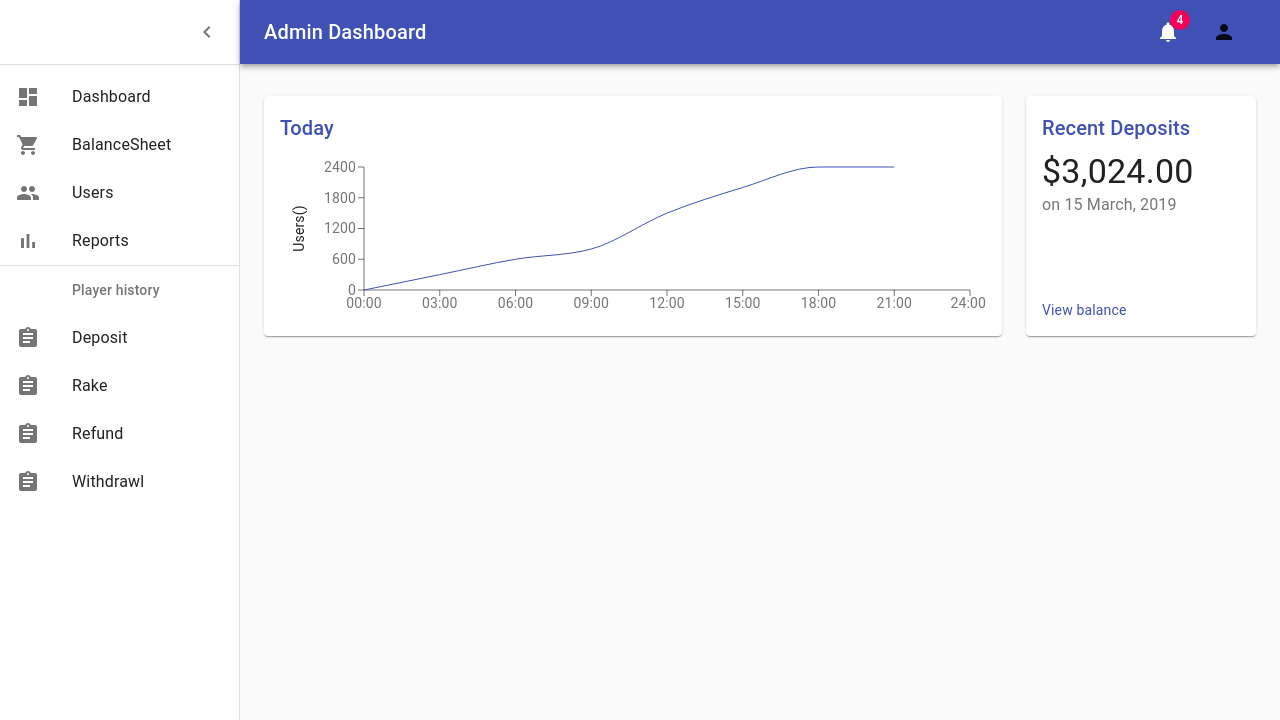
Repository: imayankbisht/ludofrontend
Page: /Dashboard
The author's editor kept a copy of each file at every save. The page is drawn from the files as they stood at one save, then again after the next save.
The browser window is 1280 px wide. The pictures show the whole page.
The project was rebuilt for these pictures with package versions that can differ from the ones it lists, and the page was loaded fresh each time. Also part of the build but not shown: src/axios.js, src/components/login.js.

Above is the page before, as saved 2021-01-16 14:24:39.

### src/App.js
import React from 'react';
import './App.css';
import {
  BrowserRouter as Router,
  Switch,
  Route,
 Redirect
} from "react-router-dom";
// import SignInOutContainer from './containers';
import Dashboard from './components/Dashboard';
import Login from './components/login';
 function App() {
  return (
    <div className="App">
  <Router >
    <Switch>
      <Route path="/login" component={Login} />
      <Route path="/Dashboard" component={Dashboard} />
      <Redirect from="/" to="/login" />
    </Switch>
  </Router>
      </div>
  );
}


export default App;

### src/App.css
.App {
  /* text-align: center; */

}

.App-logo {
  height: 40vmin;
  pointer-events: none;
}

@media (prefers-reduced-motion: no-preference) {
  .App-logo {
    animation: App-logo-spin infinite 20s linear;
  }
}

.App-header {
  background-color: #282c34;
  min-height: 100vh;
  display: flex;
  flex-direction: column;
  align-items: center;
  justify-content: center;
  font-size: calc(10px + 2vmin);
  color: white;
}

.App-link {
  color: #61dafb;
}

@keyframes App-logo-spin {
  from {
    transform: rotate(0deg);
  }
  to {
    transform: rotate(360deg);
  }
}

### src/components/Dashboard.js
import React from 'react';
import clsx from 'clsx';
import { makeStyles } from '@material-ui/core/styles';
import CssBaseline from '@material-ui/core/CssBaseline';
import Drawer from '@material-ui/core/Drawer';
import Box from '@material-ui/core/Box';
import AppBar from '@material-ui/core/AppBar';
import Toolbar from '@material-ui/core/Toolbar';
import List from '@material-ui/core/List';
import Typography from '@material-ui/core/Typography';
import Divider from '@material-ui/core/Divider';
import IconButton from '@material-ui/core/IconButton';
import Badge from '@material-ui/core/Badge';
import Container from '@material-ui/core/Container';
import Grid from '@material-ui/core/Grid';
import Paper from '@material-ui/core/Paper';
// import Link from '@material-ui/core/Link';
import MenuIcon from '@material-ui/icons/Menu';
import ChevronLeftIcon from '@material-ui/icons/ChevronLeft';
import NotificationsIcon from '@material-ui/icons/Notifications';
import { mainListItems} from './listItems';
import Chart from './Chart';
import Deposits from './Deposits';
import MenuItem from "@material-ui/core/MenuItem";
import MenuList from "@material-ui/core/MenuList";
import Hidden from "@material-ui/core/Hidden";
import Grow from "@material-ui/core/Grow";
import Poppers from "@material-ui/core/Popper";
import ClickAwayListener from "@material-ui/core/ClickAwayListener";
import Person from "@material-ui/icons/Person";
import classNames from "classnames";
import Button from "@material-ui/core/Button";
import {Link} from 'react-router-dom';

const drawerWidth = 240;

const useStyles = makeStyles((theme) => ({
  root: {
    display: 'flex',
  },
  toolbar: {
    paddingRight: 24, // keep right padding when drawer closed
  },
  toolbarIcon: {
    display: 'flex',
    alignItems: 'center',
    justifyContent: 'flex-end',
    padding: '0 8px',
    ...theme.mixins.toolbar,
  },
  appBar: {
    zIndex: theme.zIndex.drawer + 1,
    transition: theme.transitions.create(['width', 'margin'], {
      easing: theme.transitions.easing.sharp,
      duration: theme.transitions.duration.leavingScreen,
    }),
  },
  appBarShift: {
    marginLeft: drawerWidth,
    width: `calc(100% - ${drawerWidth}px)`,
    transition: theme.transitions.create(['width', 'margin'], {
      easing: theme.transitions.easing.sharp,
      duration: theme.transitions.duration.enteringScreen,
    }),
  },
  menuButton: {
    marginRight: 36,
  },
  menuButtonHidden: {
    display: 'none',
  },
  title: {
    flexGrow: 1,
  },
  drawerPaper: {
    position: 'relative',
    whiteSpace: 'nowrap',
    width: drawerWidth,
    transition: theme.transitions.create('width', {
      easing: theme.transitions.easing.sharp,
      duration: theme.transitions.duration.enteringScreen,
    }),
  },
  drawerPaperClose: {
    overflowX: 'hidden',
    transition: theme.transitions.create('width', {
      easing: theme.transitions.easing.sharp,
      duration: theme.transitions.duration.leavingScreen,
    }),
    width: theme.spacing(7),
    [theme.breakpoints.up('sm')]: {
      width: theme.spacing(9),
    },
  },
  appBarSpacer: theme.mixins.toolbar,
  content: {
    flexGrow: 1,
    height: '100vh',
    overflow: 'auto',
  },
  container: {
    paddingTop: theme.spacing(4),
    paddingBottom: theme.spacing(4),
  },
  paper: {
    padding: theme.spacing(2),
    display: 'flex',
    overflow: 'auto',
    flexDirection: 'column',
  },
  fixedHeight: {
    height: 240,
  },
}));

 function Dashboard() {
  const classes = useStyles();
  const [open, setOpen] = React.useState(true);
  const [openProfile, setOpenProfile] = React.useState(null);
  const handleClickProfile = event => {
    if (openProfile && openProfile.contains(event.target)) {
      setOpenProfile(null);
    } else {
      setOpenProfile(event.currentTarget);
    }
  };
  const handleCloseProfile = () => {
    setOpenProfile(null);
  };
  const handleDrawerOpen = () => {
    setOpen(true);
  };
  const handleDrawerClose = () => {
    setOpen(false);
  };
  const fixedHeightPaper = clsx(classes.paper, classes.fixedHeight);

  return (
    <div className={classes.root}>
      <CssBaseline />
      <AppBar position="absolute" className={clsx(classes.appBar, open && classes.appBarShift)}>
        <Toolbar className={classes.toolbar}>
          <IconButton
            edge="start"
            color="inherit"
            aria-label="open drawer"
            onClick={handleDrawerOpen}
            className={clsx(classes.menuButton, open && classes.menuButtonHidden)}
          >
            <MenuIcon />
          </IconButton>
          <Typography component="h1" variant="h6" color="inherit" noWrap className={classes.title}>
          Admin Dashboard
          </Typography>
          <IconButton color="inherit">
            <Badge badgeContent={4} color="secondary">
              <NotificationsIcon />
            </Badge>
          </IconButton>
          <Button
          color={window.innerWidth > 959 ? "transparent" : "white"}
          justIcon={window.innerWidth > 959}
          simple={!(window.innerWidth > 959)}
          aria-owns={openProfile ? "profile-menu-list-grow" : null}
          aria-haspopup="true"
          onClick={handleClickProfile}
          className={classes.buttonLink}
        >
          <Person className={classes.icons} />
          <Hidden mdUp implementation="css">
            <p className={classes.linkText}>Profile</p>
          </Hidden>
        </Button>
        <Poppers
          open={Boolean(openProfile)}
          anchorEl={openProfile}
          transition
          disablePortal
          className={
            classNames({ [classes.popperClose]: !openProfile }) +
            " " +
            classes.popperNav
          }
        >
          {({ TransitionProps, placement }) => (
            <Grow
              {...TransitionProps}
              id="profile-menu-list-grow"
              style={{
                transformOrigin:
                  placement === "bottom" ? "center top" : "center bottom"
              }}
            >
              <Paper>
                <ClickAwayListener onClickAway={handleCloseProfile}>
                  <MenuList role="menu">
                    <MenuItem
                      onClick={handleCloseProfile}
                      className={classes.dropdownItem}
                    >
                      Profile
                    </MenuItem>
                    <MenuItem
                      onClick={handleCloseProfile}
                      className={classes.dropdownItem}
                    >
                      Settings
                    </MenuItem>
                    <Divider light />
                    <Link to="login">
                    <MenuItem
                      onClick={handleCloseProfile}
                      className={classes.dropdownItem}
                    >
                      Logout
                    </MenuItem>
                    </Link>
                  </MenuList>
                </ClickAwayListener>
              </Paper>
            </Grow>
          )}
        </Poppers>
        </Toolbar>
      </AppBar>
      <Drawer
        variant="permanent"
        classes={{
          paper: clsx(classes.drawerPaper, !open && classes.drawerPaperClose),
        }}
        open={open}
      >
        <div className={classes.toolbarIcon}>
          <IconButton onClick={handleDrawerClose}>
            <ChevronLeftIcon />
          </IconButton>
        </div>
        <Divider />
        <List>{mainListItems}</List>

        {/* <List>{secondaryListItems}</List> */}
      </Drawer>
      <main className={classes.content}>
        <div className={classes.appBarSpacer} />
        <Container maxWidth="lg" className={classes.container}>
          <Grid container spacing={3}>
            {/* Chart */}
            <Grid item xs={12} md={8} lg={9}>
              <Paper className={fixedHeightPaper}>
                <Chart />
              </Paper>
            </Grid>
            {/* Recent Deposits */}
            <Grid item xs={12} md={4} lg={3}>
              <Paper className={fixedHeightPaper}>
                <Deposits />
              </Paper>
            </Grid>

          </Grid>

        </Container>
      </main>
    </div>
  );
}
export default Dashboard;

### src/components/listItems.js
import React from 'react';
import ListItem from '@material-ui/core/ListItem';
import ListItemIcon from '@material-ui/core/ListItemIcon';
import ListItemText from '@material-ui/core/ListItemText';
import ListSubheader from '@material-ui/core/ListSubheader';
import DashboardIcon from '@material-ui/icons/Dashboard';
import ShoppingCartIcon from '@material-ui/icons/ShoppingCart';
import PeopleIcon from '@material-ui/icons/People';
import BarChartIcon from '@material-ui/icons/BarChart';
import LayersIcon from '@material-ui/icons/Layers';
import AssignmentIcon from '@material-ui/icons/Assignment';
import Box from '@material-ui/core/Box';
import Divider from '@material-ui/core/Divider';

export const mainListItems = (
  <Box bgcolor="gray:A700">
  <div>

   <ListItem button>
      <ListItemIcon>
        <DashboardIcon />
      </ListItemIcon>
      <ListItemText primary="Dashboard" />
    </ListItem>
    <ListItem button>
      <ListItemIcon>
        <ShoppingCartIcon />
      </ListItemIcon>
      <ListItemText primary="BalanceSheet" />
    </ListItem>
    <ListItem button>
      <ListItemIcon>
        <PeopleIcon />
      </ListItemIcon>
      <ListItemText primary="Users" />
    </ListItem>
    <ListItem button>
      <ListItemIcon>
        <BarChartIcon />
      </ListItemIcon>
      <ListItemText primary="Reports" />
    </ListItem>
    <Divider />
    <ListSubheader inset>Player history</ListSubheader>
    <ListItem button>
      <ListItemIcon>
        <AssignmentIcon />
      </ListItemIcon>
      <ListItemText primary="Deposit" />
    </ListItem>
    <ListItem button>
      <ListItemIcon>
        <AssignmentIcon />
      </ListItemIcon>
      <ListItemText primary="Rake" />
    </ListItem>
    <ListItem button>
      <ListItemIcon>
        <AssignmentIcon />
      </ListItemIcon>
      <ListItemText primary="Refund" />
    </ListItem>
    <ListItem button>
      <ListItemIcon>
        <AssignmentIcon />
      </ListItemIcon>
      <ListItemText primary="Withdrawl" />
    </ListItem>


  </div>
  </Box>
);

// export const secondaryListItems = (
//   <div>
//     <ListSubheader inset>Player history</ListSubheader>
//     <ListItem button>
//       <ListItemIcon>
//         <AssignmentIcon />
//       </ListItemIcon>
//       <ListItemText primary="Deposit" />
//     </ListItem>
//     <ListItem button>
//       <ListItemIcon>
//         <AssignmentIcon />
//       </ListItemIcon>
//       <ListItemText primary="Rake" />
//     </ListItem>
//     <ListItem button>
//       <ListItemIcon>
//         <AssignmentIcon />
//       </ListItemIcon>
//       <ListItemText primary="Refund" />
//     </ListItem>
//     <ListItem button>
//       <ListItemIcon>
//         <AssignmentIcon />
//       </ListItemIcon>
//       <ListItemText primary="Withdrawl" />
//     </ListItem>
//   </div>
// );

### src/components/Chart.js
import React from 'react';
import { useTheme } from '@material-ui/core/styles';
import { LineChart, Line, XAxis, YAxis, Label, ResponsiveContainer } from 'recharts';
import Title from './Title';

// Generate Sales Data
function createData(time, amount) {
  return { time, amount };
}

const data = [
  createData('00:00', 0),
  createData('03:00', 300),
  createData('06:00', 600),
  createData('09:00', 800),
  createData('12:00', 1500),
  createData('15:00', 2000),
  createData('18:00', 2400),
  createData('21:00', 2400),
  createData('24:00', undefined),
];

export default function Chart() {
  const theme = useTheme();

  return (
    <React.Fragment>
      <Title>Today</Title>
      <ResponsiveContainer>
        <LineChart
          data={data}
          margin={{
            top: 16,
            right: 16,
            bottom: 0,
            left: 24,
          }}
        >
          <XAxis dataKey="time" stroke={theme.palette.text.secondary} />
          <YAxis stroke={theme.palette.text.secondary}>
            <Label
              angle={270}
              position="left"
              style={{ textAnchor: 'middle', fill: theme.palette.text.primary }}
            >
              Users()
            </Label>
          </YAxis>
          <Line type="monotone" dataKey="amount" stroke={theme.palette.primary.main} dot={false} />
        </LineChart>
      </ResponsiveContainer>
    </React.Fragment>
  );
}

### src/components/Deposits.js
import React from 'react';
import Link from '@material-ui/core/Link';
import { makeStyles } from '@material-ui/core/styles';
import Typography from '@material-ui/core/Typography';
import Title from './Title';

function preventDefault(event) {
  event.preventDefault();
}

const useStyles = makeStyles({
  depositContext: {
    flex: 1,
  },
});

export default function Deposits() {
  const classes = useStyles();
  return (
    <React.Fragment>
      <Title>Recent Deposits</Title>
      <Typography component="p" variant="h4">
        $3,024.00
      </Typography>
      <Typography color="textSecondary" className={classes.depositContext}>
        on 15 March, 2019
      </Typography>
      <div>
        <Link color="primary" href="#" onClick={preventDefault}>
          View balance
        </Link>
      </div>
    </React.Fragment>
  );
}

Loaded but not shown: public/index.html (common file); src/index.js (common file); src/index.css (common file); src/serviceWorker.js (common file); src/components/Title.js (common file)

After the next save:
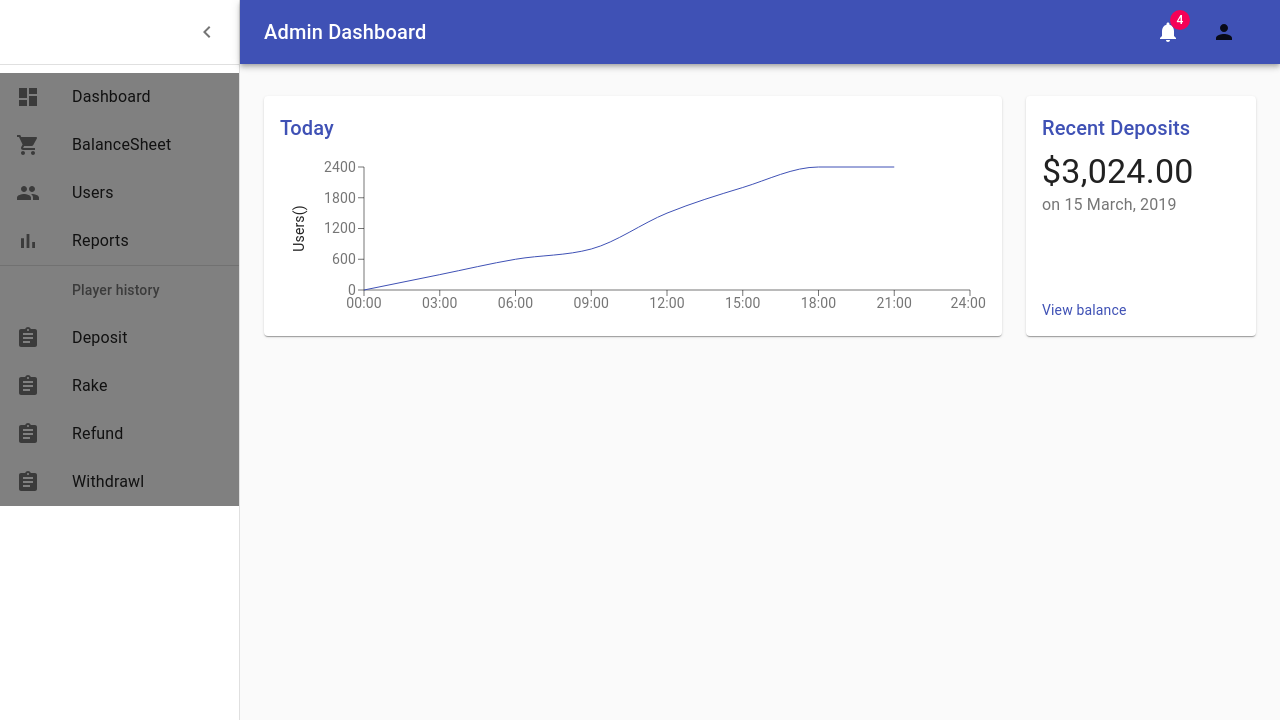
Saved 10 s later.
--- a/src/components/listItems.js
+++ b/src/components/listItems.js
@@ -13,7 +13,7 @@
 import Divider from '@material-ui/core/Divider';
 
 export const mainListItems = (
-  <Box bgcolor="gray:A700">
+  <Box bgcolor="gray">
   <div>
 
    <ListItem button>

After the 3 saves that followed:
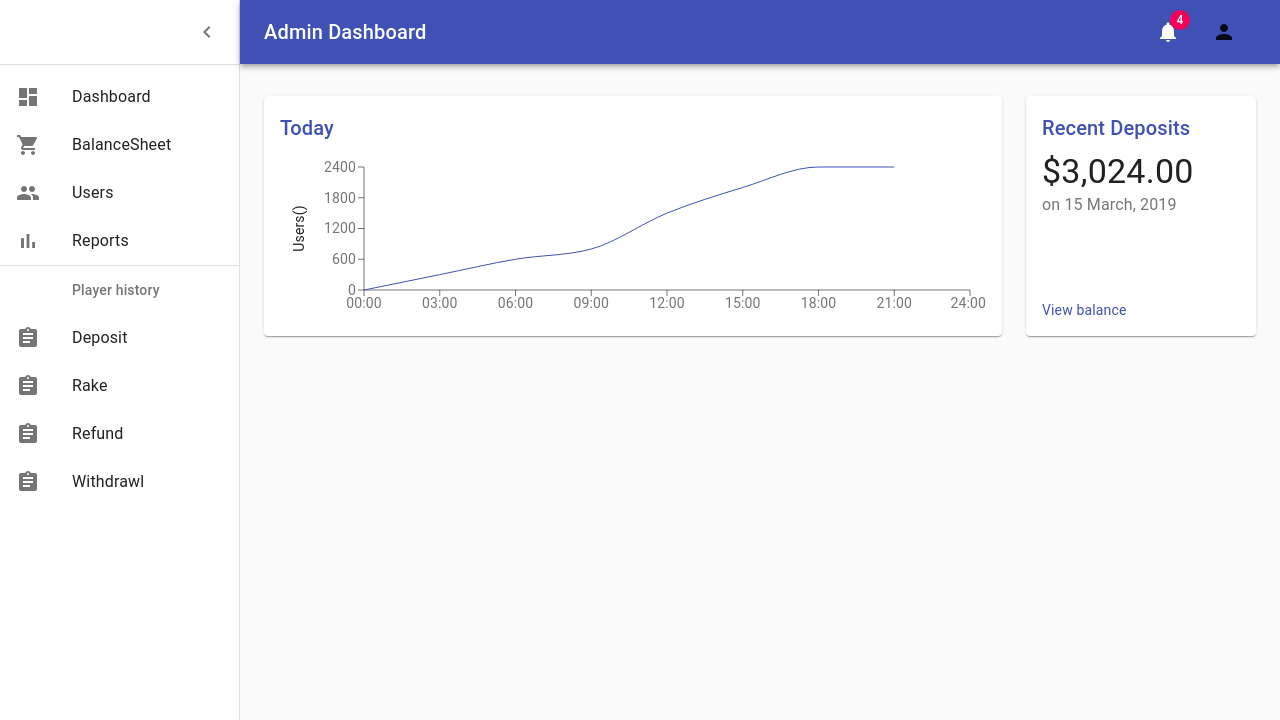
The 3 saves are shown as one change because they came seconds apart.
The last was saved 20 s later.
--- a/src/components/listItems.js
+++ b/src/components/listItems.js
@@ -13,7 +13,7 @@
 import Divider from '@material-ui/core/Divider';
 
 export const mainListItems = (
-  <Box bgcolor="gray">
+  <Box bgcolor="gray:A700">
   <div>
 
    <ListItem button>
